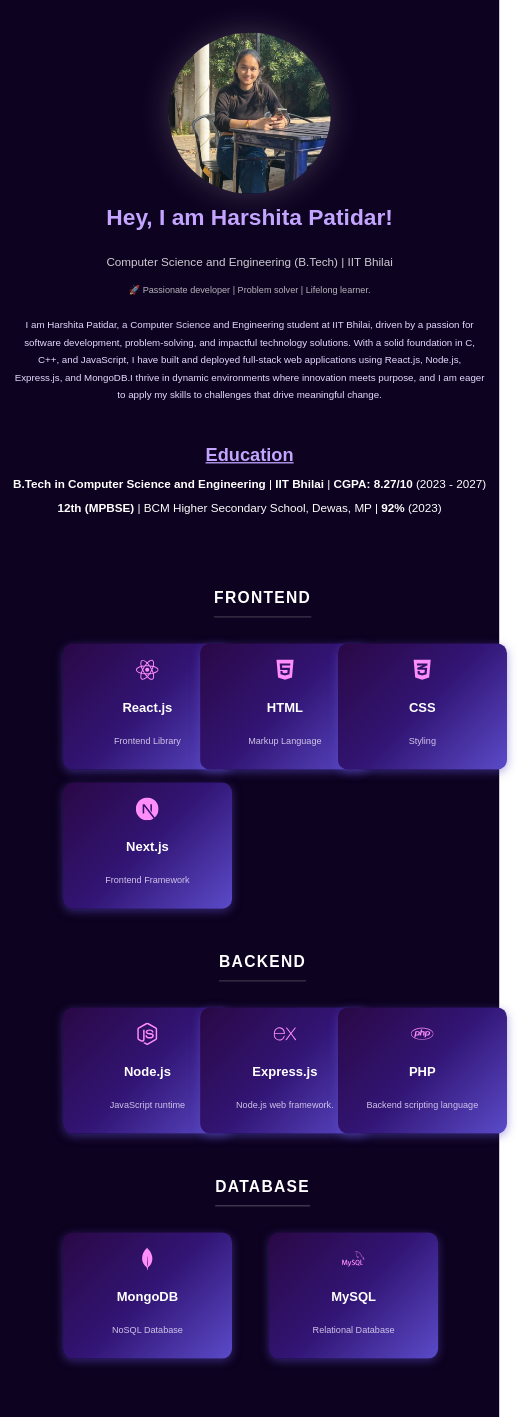
Repository: harshitap1305/Portfolio
Page: /
The author's editor kept a copy of each file at every save. The page is drawn from the files as they stood at one save, then again after the next save.
The browser window is 768 px wide. The page is 808 px wide, so the pictures cover 808 px, including what lies to the right of the window. The pictures show the whole page, at 65% of full size.
The project was rebuilt for these pictures with package versions that can differ from the ones it lists, and the page was loaded fresh each time. Also part of the build but not shown: vite.config.js.

Above is the page before, as saved 2025-03-27 19:15:50.

After the next save:
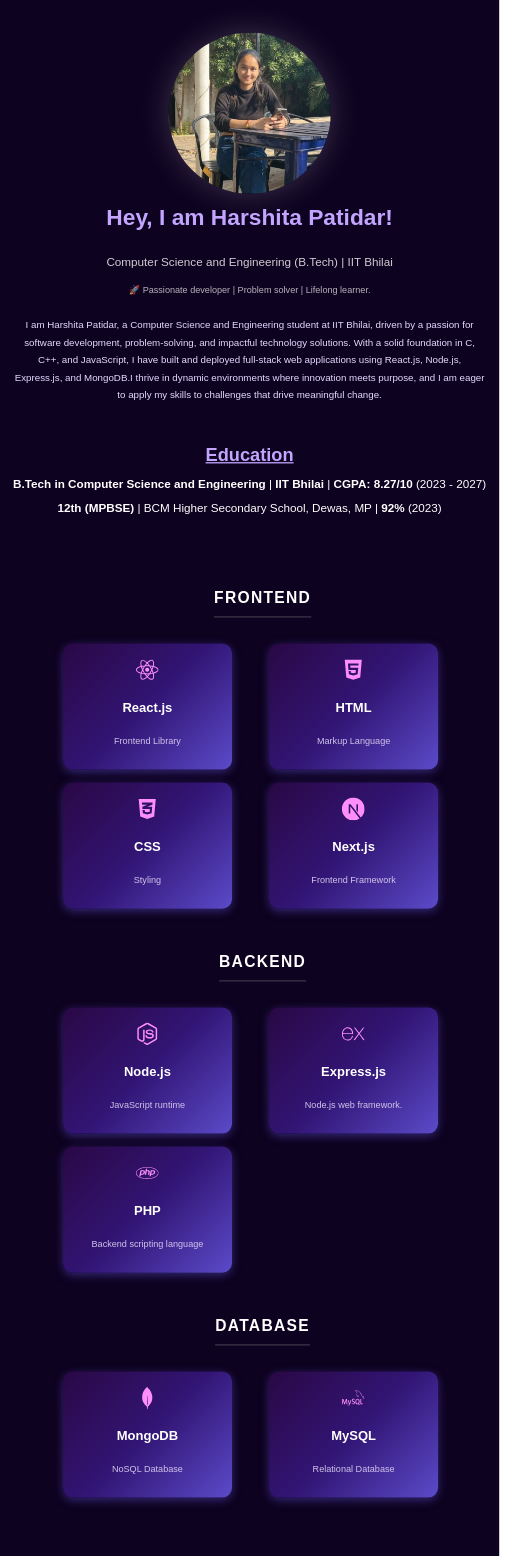
Saved 4 s later.
--- a/src/App.css
+++ b/src/App.css
@@ -127,9 +127,3 @@ body {
   justify-content: center;
   margin-top: 20px;
 }
-
-@media (max-width: 768px) {
-  .skill-grid {
-    grid-template-columns: repeat(auto-fit, minmax(150px, 1fr));
-  }
-}
